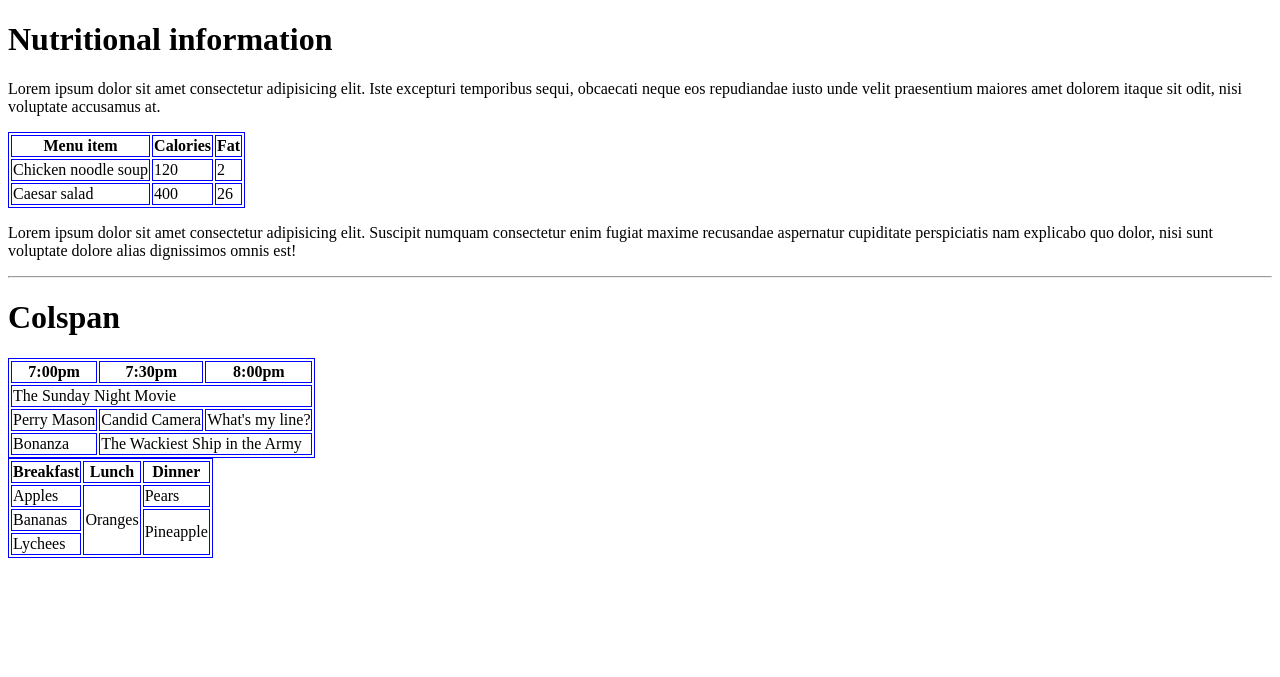
Repository: Colo-Codes/code-practice
Page: 01-html-practice-9.html
The author's editor kept a copy of each file at every save. The page is drawn from the files as they stood at one save, then again after the next save.
The browser window is 1280 px wide. The pictures show the whole page.

Above is the page before, as saved 2021-04-29 09:29:41.

After the next save:
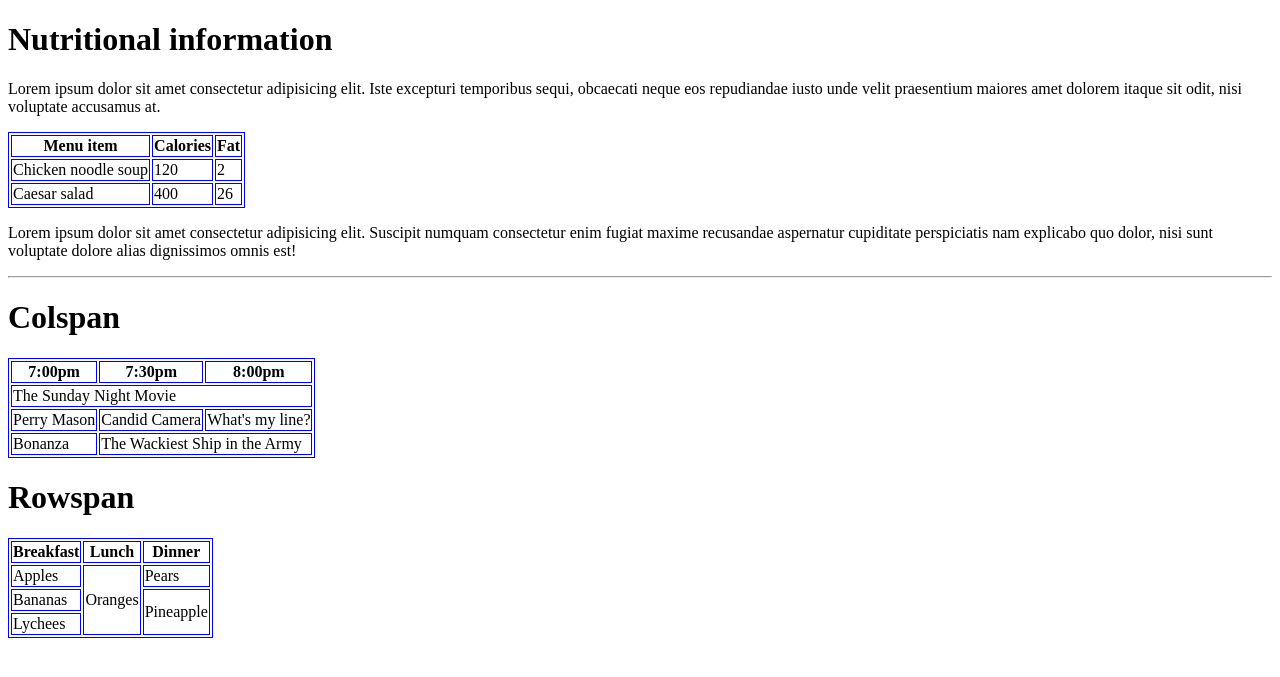
Saved 21 s later.
--- a/01-html-practice-9.html
+++ b/01-html-practice-9.html
@@ -61,6 +61,7 @@
             </tr>
         </tbody>
     </table>
+    <h1>Rowspan</h1>
     <table>
         <thead>
             <th>Breakfast</th>
